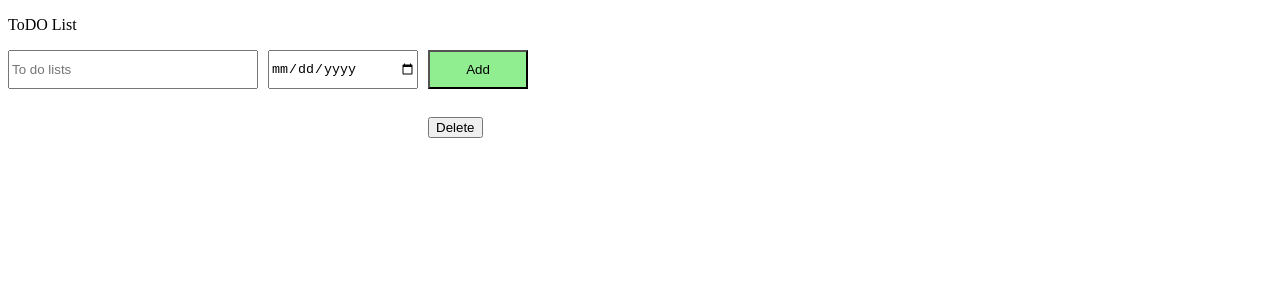
Repository: pgyunknown/ToDo-List
Page: index.html
An editor plug-in stored every save of this project. The page is shown before and after the next save, followed by the edit.
The browser window is 1280 px wide. The pictures show the whole page.

Above is the page before, as saved 2024-08-29 20:48:36.

After the next save:
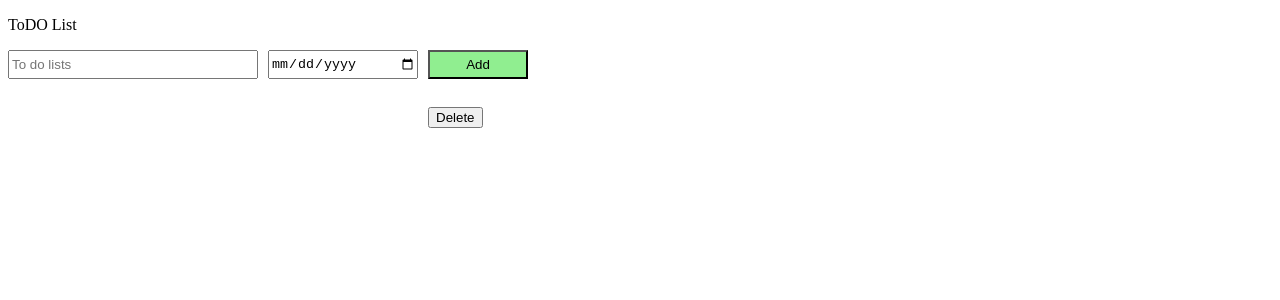
Saved 5 s later.
--- a/index.css
+++ b/index.css
@@ -14,7 +14,7 @@
 
 .add-b{
   background-color: lightgreen;
-  padding: 10px;
+  padding: 5px;
 }
 .delete-b{
 
